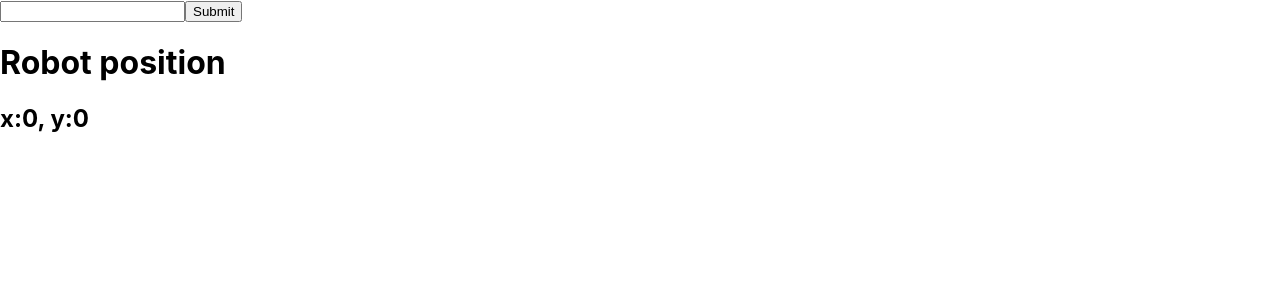
Repository: mariocapitbrok/robot-position
Page: /
The author's editor kept a copy of each file at every save. The page is drawn from the files as they stood at one save, then again after the next save.
The browser window is 1280 px wide. The pictures show the whole page.
The project was rebuilt for these pictures with package versions that can differ from the ones it lists, and the page was loaded fresh each time. Also part of the build but not shown: src/App.css.

Above is the page before, as saved 2021-12-01 18:22:24.

### src/App.js
import Robot from './components/robot';
import './App.css';

function App() {
  return <Robot />;
}

export default App;

### src/components/robot.jsx
import React from 'react';
import { useState, useEffect } from 'react';

const Robot = () => {
  const [value, setValue] = useState('');
  const [movements, setMovements] = useState('');
  const [x, setX] = useState(0);
  const [y, setY] = useState(0);

  useEffect(() => {
    console.log(movements);
  });

  const createMovements = (value) => {
    const valueArr = [...value];
    if (valueArr.length === 0) {
      setValue('');
      return;
    }
    let move = valueArr.pop();
    //console.log(move);
    switch (move) {
      case 'u':
        setMovements(movements + 'U');
        setY(y + 1);
        break;
      case 'd':
        setMovements(movements + 'D');
        setY(y - 1);
        break;
      case 'l':
        setMovements(movements + 'L');
        setX(x - 1);
        break;
      case 'r':
        setMovements(movements + 'R');
        setX(x + 1);
        break;
      default:
        break;
    }
    setValue(move);
  };

  const handleChange = (e) => {
    const value = e.target.value;
    createMovements(value);
  };

  const handleClick = () => {};

  const handleSubmit = (e) => {
    e.preventDefault();
  };
  return (
    <React.Fragment>
      <form onSubmit={handleSubmit}>
        <input onChange={handleChange} name="value" type="text" value={value} />
        <button onClick={handleClick}>Submit</button>
      </form>
      <h1>Robot position</h1>
      <h2>
        x:{x}, y:{y}
      </h2>
    </React.Fragment>
  );
};

export default Robot;

Loaded but not shown: public/index.html (common file); src/index.js (common file); src/index.css (common file); src/reportWebVitals.js (common file)

After the next save:
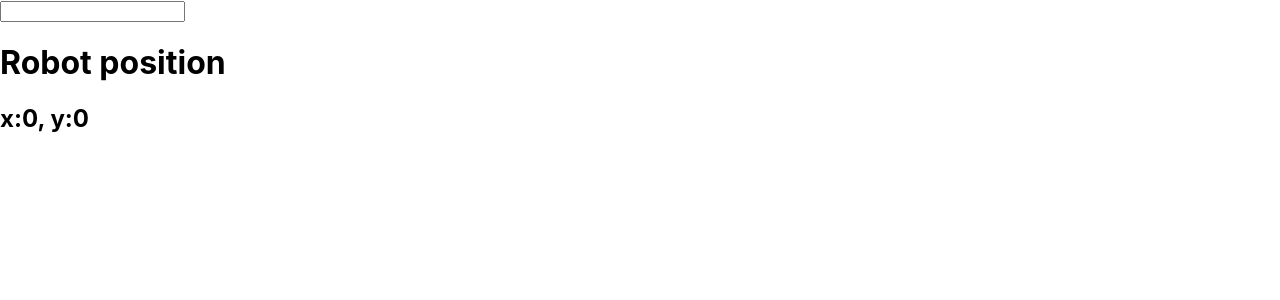
Saved 24 s later.
--- a/src/components/robot.jsx
+++ b/src/components/robot.jsx
@@ -47,8 +47,6 @@ const Robot = () => {
     createMovements(value);
   };
 
-  const handleClick = () => {};
-
   const handleSubmit = (e) => {
     e.preventDefault();
   };
@@ -56,7 +54,6 @@ const Robot = () => {
     <React.Fragment>
       <form onSubmit={handleSubmit}>
         <input onChange={handleChange} name="value" type="text" value={value} />
-        <button onClick={handleClick}>Submit</button>
       </form>
       <h1>Robot position</h1>
       <h2>
